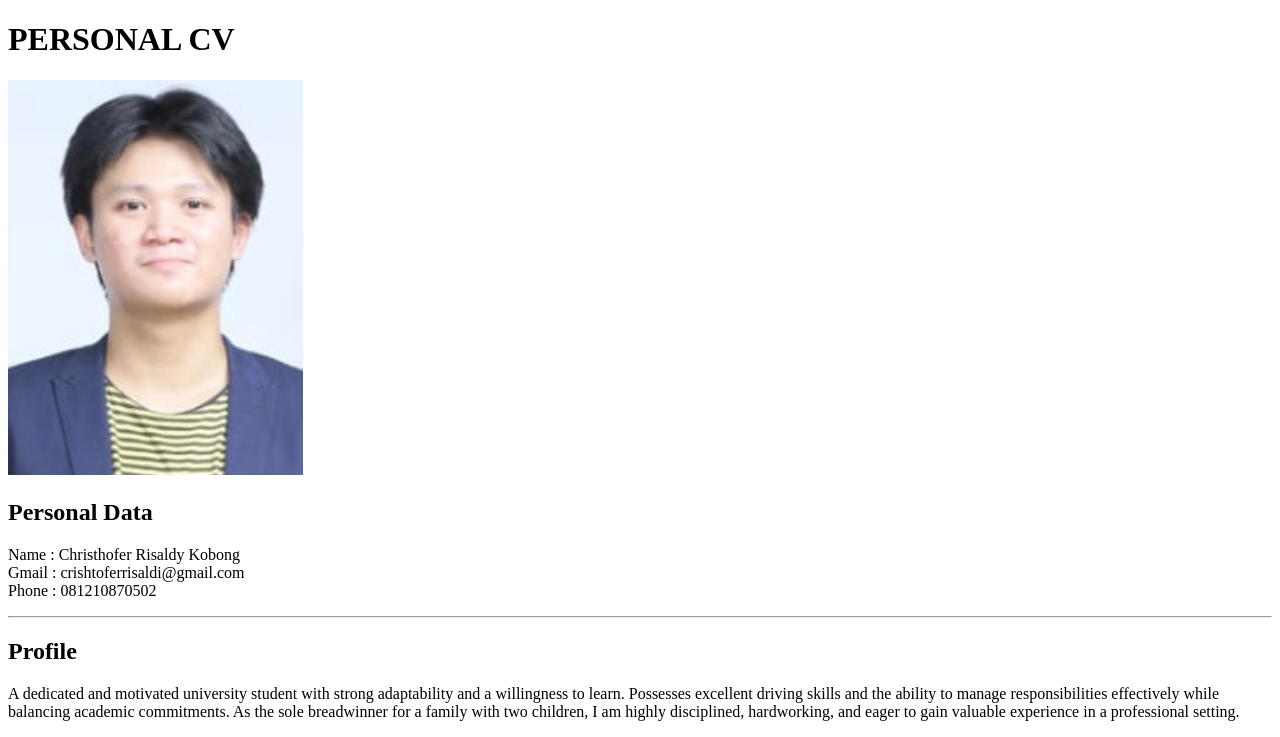
Repository: ChristhoferRisaldy/CVWeb
Page: web.html
These files come from the project's save history. The page is drawn as it stood at one moment and after the next save; the edit follows.
The browser window is 1280 px wide. The pictures show the whole page.

Above is the page before, as saved 2025-02-21 21:07:11.

After the next save:
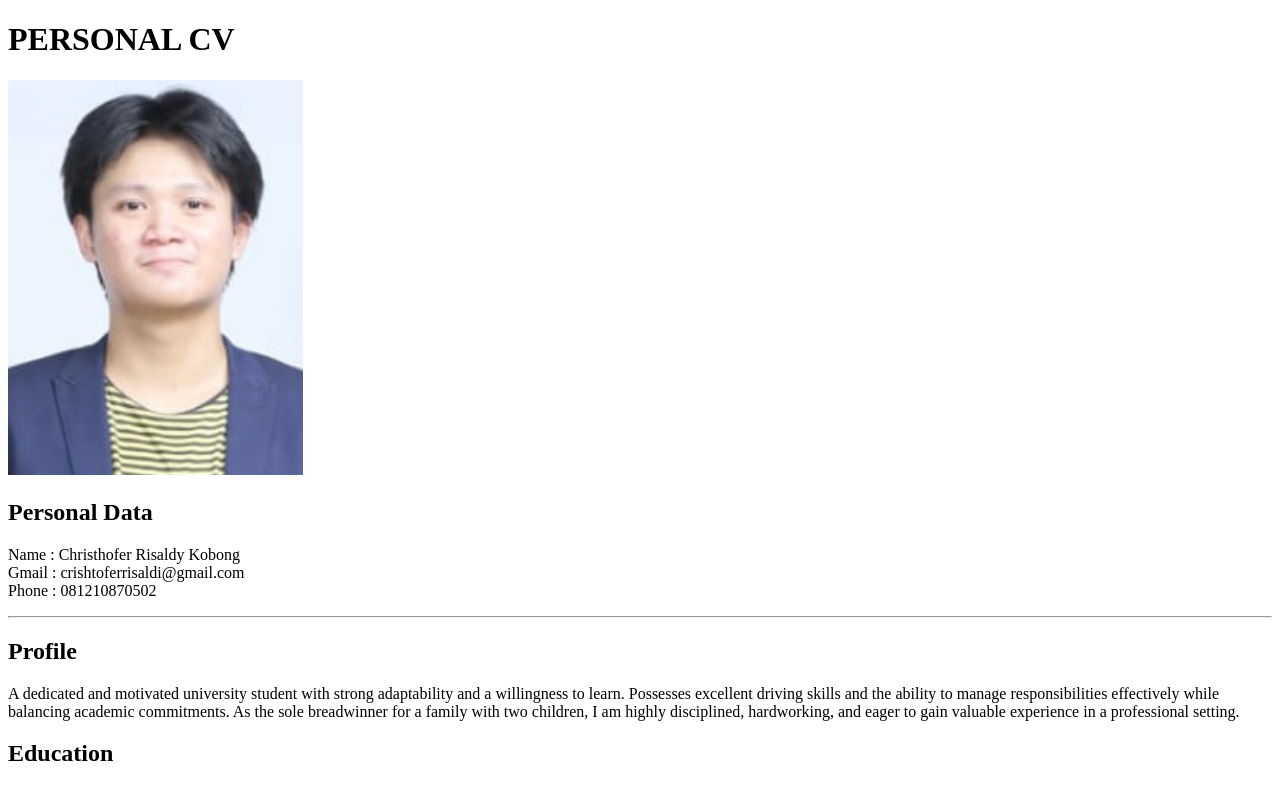
Saved 59 s later.
--- a/web.html
+++ b/web.html
@@ -15,4 +15,5 @@
         <hr>
         <h2>Profile</h2>
         <p>A dedicated and motivated university student with strong adaptability and a willingness to learn. Possesses excellent driving skills and the ability to manage responsibilities effectively while balancing academic commitments. As the sole breadwinner for a family with two children, I am highly disciplined, hardworking, and eager to gain valuable experience in a professional setting.</p>
+        <h2>Education</h2>
 </html>
